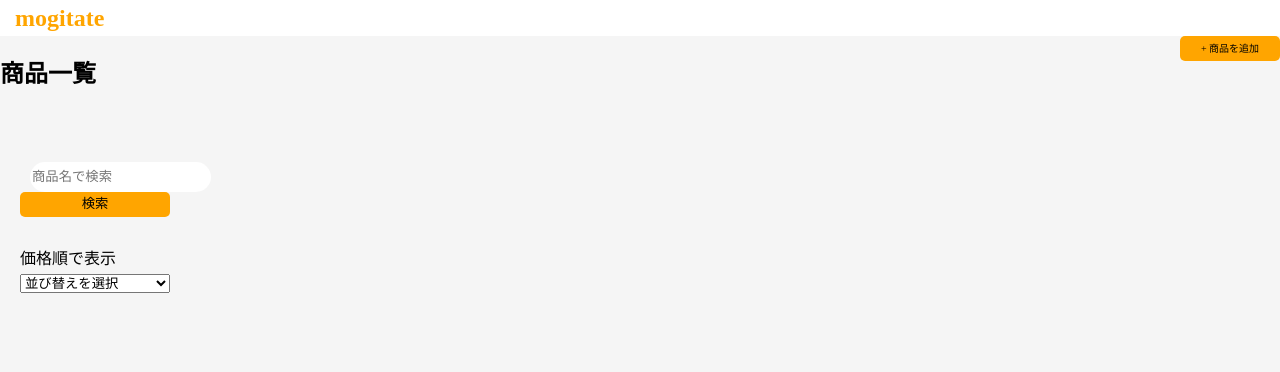
Repository: tokisiro/fruit-products
Page: http://localhost/products
These files come from the project's save history. The page is drawn as it stood at one moment and after the next save; the edit follows.
The browser window is 1280 px wide. The pictures show the whole page.
The page is served by the project's Laravel application, run on PHP 8.4 with Laravel 8. Other server files are loaded and not shown. Queries for data that is not in the repository find no rows.

Above is the page before, as saved 2025-05-18 14:25:56.

### src/routes/web.php
<?php

use Illuminate\Support\Facades\Route;
use App\Http\Controllers\ProductController;
/*
|--------------------------------------------------------------------------
| Web Routes
|--------------------------------------------------------------------------
|
| Here is where you can register web routes for your application. These
| routes are loaded by the RouteServiceProvider within a group which
| contains the "web" middleware group. Now create something great!
|
*/



//商品一覧ページ表示
Route::get('/products', [ProductController::class, 'products']);

Route::get('/products/search', [ProductController::class, 'search']);
Route::get('/products/sort', [ProductController::class, 'sort']);

//商品詳細ページ表示
Route::get('/products/{productId}', [ProductController::class, 'change'])->name('products.change');
//商品更新機能
Route::patch('/products/{productId}/update',[ProductController::class,'update']);
//商品削除機能
Route::delete('/products/{productId}/delete',[ProductController::class,'remove']);
//商品追加ページの表示
Route::get('/register', [ProductController::class, 'add']);
//商品追加機能
Route::post('/products/register', [ProductController::class, 'create']);

### src/app/Http/Controllers/ProductController.php
<?php

namespace App\Http\Controllers;

use Illuminate\Http\Request;
use App\Models\Product;
use App\Models\Product_Season;
use App\Models\Season;
use App\Http\Requests\ProductRequest;
use Illuminate\Support\Facades\Storage;

class ProductController extends Controller
{
    //商品一覧ページの表示
    public function products(){
        $products = Product::all();
        $pages = Product::Paginate(6);
        return view('product', compact('products', 'pages'));
    }

    //検索機能
    public function search(Request $request){
        $query = Product::query();
    if ($request->filled('name')) {
        $query->where('name', 'like', '%' . $request->input('name') . '%');
    }
    $search = $query->paginate(6);
    return view('product', compact('search'));
    }

    //並び替え機能
    public function Sort(Request $request){
        $query = Product::query();

    $sort = $request->input('sort');
    switch ($sort) {
        case 'price_asc':
            $query->orderBy('price', 'asc');
            break;
        case 'price_desc':
            $query->orderBy('price', 'desc');
            break;
        default:
            break;
        }
        $products = $query->paginate(6);
        return view('product', compact('products'));
    }

    //商品詳細画面表示
    public function change($productId){
        $change = Product::find($productId);
        $products = Product_Season::where('product_id', $productId)->pluck('season_id')->toArray();
        return view('index', compact('change','products'));
    }
    //更新機能
    public function update(ProductRequest $request,$productId)
    {
        $data = $request->all();
        unset($data['_token']);

        if ($request->hasFile('image')) {
            $path = $request->file('image')->store('public/products');
            $data['image'] = Storage::url($path); // 保存先パスをセット
        } else {
            unset($data['image']); // 画像がない場合は更新しない
        }

        Product::find($productId)->update($data);

        return redirect('/products');
    }
    //削除機能
    public function remove($productId)
    {
        Product::find($productId)->delete();
        return redirect('/products');
    }
    //商品追加ページ表示
    public function add(){
        return view('/register');
}
    //追加機能
    public function create(ProductRequest $request){
        $form = $request->all();

        if ($request->hasFile('image') && $request->file('image')->isValid()) {
            $path = $request->file('image')->store('public/products');
            $form['image'] = Storage::url($path);
        } else {
            $form['image'] = '';
        }
        product::create($form);
        return redirect('/products');
    }
}

### src/app/Models/product.php
<?php

namespace App\Models;

use Illuminate\Database\Eloquent\Factories\HasFactory;
use Illuminate\Database\Eloquent\Model;

class Product extends Model
{
    use HasFactory;

    protected $fillable = ['name','price','image','description'];

    public function seasons()
{
    return $this->belongsToMany(Season::class,'product_seasons','product_id','season_id');
}
}

### src/resources/views/product.blade.php
<!DOCTYPE html>
<html lang="ja">
<head>
    <meta charset="UTF-8">
    <meta http-equiv="X-UA-Compatible" content="IE=edge">
    <meta name="viewport" content="width=device-width, initial-scale=1.0">
    <title>mogitate</title>
    <link rel="stylesheet" href="css/sanitize.css">
    <link rel="stylesheet" href="css/product.css">
</head>
<body>
    <!--商品一覧-->
    <header class="header">
        <div class="header__inner">
            <a class="header__logo" href="">
                mogitate
            </a>
        </div>
    </header>
    <div class="header-bottom">
        <h2 class="header-bottom__title">
            商品一覧
        </h2>
        <div class="header-bottom__add">
            <a class="header-bottom__add-button" href="/register">
                + 商品を追加
            </a>
        </div>
    </div>
    <main>
        <div class="product">
            <div class="product-sidebar">
                <div class="product-sidebar__search">
                    <form class="product-sidebar__search-form" action="/products/search" method="GET">
                    @csrf
                        <div class="product-sidebar__search-form--text">
                            <input class="product-sidebar__search-form--text-item" type="text" name="name" placeholder="商品名で検索" value="{{ request('name') }}">
                        </div>
                        <div class="product-sidebar__search-form--button">
                            <button class="product-sidebar__search-form--button-item">
                                検索
                            </button>
                        </div>
                    </form>
                    <form class="product-sidebar__search-form" action="/products/sort" method="GET">
                    @csrf
                        <span class="product-sidebar__search-form--title">
                                価格順で表示
                        </span>
                        <div class="product-sidebar__search-form--order">
                            <select class="product-sidebar__search-form--order-item" name="sort">
                                <option value="">並び替えを選択</option>
                                <option value="price_asc" {{ request('sort')=='price_asc' ? 'selected' : '' }}>
                                        価格の安い順
                                </option>
                                <option value="price_desc" {{ request('sort')=='price_desc' ? 'selected' : '' }}>
                                    価格の高い順
                                </option>
                            </select>
                        </div>
                    </form>
                </div>
            </div>
                <!-- 右側：商品カードリスト -->
            <div class="product-card">
            @foreach ($products as $product)
                <div class="product-card__form">
                    <form class="product-card__form" action="/products/{{$product->id}}" method="get">
                    @csrf
                        <div class="product-card__form-img">
                            <button type="submit" style="border: none; padding: 0; background: none; cursor: pointer;">
                                <img src="{{$product->image}}" alt="" style="max-width: 200px; height: auto;">
                                <div class="product-card__form-content">
                                    <div class="product-card__form-content--name">{{$product->name}}
                                    </div>
                                    <div class="product-card__form-content--price">
                                        {{$product->price}}
                                    </div>
                                </div>
                            </button>
                        </div>
                    </form>
                </div>
            @endforeach
            </div>
        </div>
        <div class="product-pages">
            {{ $pages->links() }}
        </div>
    </main>
</body>
</html>

### src/public/css/sanitize.css
/* Document
* ========================================================================== */

/**
* Add border box sizing in all browsers (opinionated).
*/

*,
::before,
::after {
    box-sizing: border-box;
}

/**
* 1. Add text decoration inheritance in all browsers (opinionated).
* 2. Add vertical alignment inheritance in all browsers (opinionated).
*/

::before,
::after {
    vertical-align: inherit;
    /* 2 */
    text-decoration: inherit;
    /* 1 */
}

/**
* 1. Use the default cursor in all browsers (opinionated).
* 2. Change the line height in all browsers (opinionated).
* 3. Use a 4-space tab width in all browsers (opinionated).
* 4. Remove the grey highlight on links in iOS (opinionated).
* 5. Prevent adjustments of font size after orientation changes in
*    IE on Windows Phone and in iOS.
* 6. Breaks words to prevent overflow in all browsers (opinionated).
*/

html {
    word-break: break-word;
    /* 6 */
    -moz-tab-size: 4;
    /* 3 */
    tab-size: 4;
    /* 3 */
    line-height: 1.5;
    /* 2 */
    cursor: default;
    /* 1 */

    -webkit-tap-highlight-color: transparent
        /* 4 */
    ;
    -ms-text-size-adjust: 100%;
    /* 5 */
    -webkit-text-size-adjust: 100%;
    /* 5 */
}

/* Sections
* ========================================================================== */

/**
* Remove the margin in all browsers (opinionated).
*/

body {
    margin: 0;
}

/**
* Correct the font size and margin on `h1` elements within `section` and
* `article` contexts in Chrome, Edge, Firefox, and Safari.
*/

h1 {
    margin: 0.67em 0;
    font-size: 2em;
}

/* Grouping content
* ========================================================================== */

/**
* Remove the margin on nested lists in Chrome, Edge, IE, and Safari.
*/

dl dl,
dl ol,
dl ul,
ol dl,
ul dl {
    margin: 0;
}

/**
* Remove the margin on nested lists in Edge 18- and IE.
*/

ol ol,
ol ul,
ul ol,
ul ul {
    margin: 0;
}

/**
* 1. Add the correct sizing in Firefox.
* 2. Show the overflow in Edge 18- and IE.
*/

hr {
    overflow: visible;
    /* 2 */
    height: 0;
    /* 1 */
}

/**
* Add the correct display in IE.
*/

main {
    display: block;
}

/**
* Remove the list style on navigation lists in all browsers (opinionated).
*/

nav ol,
nav ul {
    padding: 0;
    list-style: none;
}

/**
* 1. Correct the inheritance and scaling of font size in all browsers.
* 2. Correct the odd `em` font sizing in all browsers.
*/

pre {
    font-size: 1em;
    /* 2 */
    font-family: monospace, monospace;
    /* 1 */
}

/* Text-level semantics
* ========================================================================== */

/**
* Remove the gray background on active links in IE 10.
*/

a {
    background-color: transparent;
}

/**
* Add the correct text decoration in Edge 18-, IE, and Safari.
*/

abbr[title] {
    text-decoration: underline;
    text-decoration: underline dotted;
}

/**
* Add the correct font weight in Chrome, Edge, and Safari.
*/

b,
strong {
    font-weight: bolder;
}

/**
* 1. Correct the inheritance and scaling of font size in all browsers.
* 2. Correct the odd `em` font sizing in all browsers.
*/

code,
kbd,
samp {
    font-size: 1em;
    /* 2 */
    font-family: monospace, monospace;
    /* 1 */
}

/**
* Add the correct font size in all browsers.
*/

small {
    font-size: 80%;
}

/* Embedded content
* ========================================================================== */

/*
* Change the alignment on media elements in all browsers (opinionated).
*/

audio,
canvas,
iframe,
img,
svg,
video {
    vertical-align: middle;
}

/**
* Add the correct display in IE 9-.
*/

audio,
video {
    display: inline-block;
}

/**
* Add the correct display in iOS 4-7.
*/

audio:not([controls]) {
    display: none;
    height: 0;
}

/**
* Remove the border on iframes in all browsers (opinionated).
*/

iframe {
    border-style: none;
}

/**
* Remove the border on images within links in IE 10-.
*/

img {
    border-style: none;
}

/**
* Change the fill color to match the text color in all browsers (opinionated).
*/

svg:not([fill]) {
    fill: currentColor;
}

/**
* Hide the overflow in IE.
*/

svg:not(:root) {
    overflow: hidden;
}

/* Tabular data
* ========================================================================== */

/**
* Collapse border spacing in all browsers (opinionated).
*/

table {
    border-collapse: collapse;
}

/* Forms
* ========================================================================== */

/**
* Remove the margin on controls in Safari.
*/

button,
input,
select {
    margin: 0;
}

/**
* 1. Show the overflow in IE.
* 2. Remove the inheritance of text transform in Edge 18-, Firefox, and IE.
*/

button {
    overflow: visible;
    /* 1 */
    text-transform: none;
    /* 2 */
}

/**
* Correct the inability to style buttons in iOS and Safari.
*/

button,
[type="button"],
[type="reset"],
[type="submit"] {
    -webkit-appearance: button;
}

/**
* 1. Change the inconsistent appearance in all browsers (opinionated).
* 2. Correct the padding in Firefox.
*/

fieldset {
    padding: 0.35em 0.75em 0.625em;
    /* 2 */
    border: 1px solid #a0a0a0;
    /* 1 */
}

/**
* Show the overflow in Edge 18- and IE.
*/

input {
    overflow: visible;
}

/**
* 1. Correct the text wrapping in Edge 18- and IE.
* 2. Correct the color inheritance from `fieldset` elements in IE.
*/

legend {
    display: table;
    /* 1 */
    max-width: 100%;
    /* 1 */
    color: inherit;
    /* 2 */
    white-space: normal;
    /* 1 */
}

/**
* 1. Add the correct display in Edge 18- and IE.
* 2. Add the correct vertical alignment in Chrome, Edge, and Firefox.
*/

progress {
    display: inline-block;
    /* 1 */
    vertical-align: baseline;
    /* 2 */
}

/**
* Remove the inheritance of text transform in Firefox.
*/

select {
    text-transform: none;
}

/**
* 1. Remove the margin in Firefox and Safari.
* 2. Remove the default vertical scrollbar in IE.
* 3. Change the resize direction in all browsers (opinionated).
*/

textarea {
    overflow: auto;
    /* 2 */
    margin: 0;
    /* 1 */
    resize: vertical;
    /* 3 */
}

/**
* Remove the padding in IE 10-.
*/

[type="checkbox"],
[type="radio"] {
    padding: 0;
}

/**
* 1. Correct the odd appearance in Chrome, Edge, and Safari.
* 2. Correct the outline style in Safari.
*/

[type="search"] {
    outline-offset: -2px;
    /* 2 */

    -webkit-appearance: textfield;
    /* 1 */
}

/**
* Correct the cursor style of increment and decrement buttons in Safari.
*/

::-webkit-inner-spin-button,
::-webkit-outer-spin-button {
    height: auto;
}

/**
* Correct the text style of placeholders in Chrome, Edge, and Safari.
*/

::-webkit-input-placeholder {
    color: inherit;
    opacity: 0.54;
}

/**
* Remove the inner padding in Chrome, Edge, and Safari on macOS.
*/

::-webkit-search-decoration {
    -webkit-appearance: none;
}

/**
* 1. Correct the inability to style upload buttons in iOS and Safari.
* 2. Change font properties to `inherit` in Safari.
*/

::-webkit-file-upload-button {
    font: inherit;
    /* 2 */

    -webkit-appearance: button;
    /* 1 */
}

/**
* Remove the inner border and padding of focus outlines in Firefox.
*/

::-moz-focus-inner {
    padding: 0;
    border-style: none;
}

/**
* Restore the focus outline styles unset by the previous rule in Firefox.
*/

:-moz-focusring {
    outline: 1px dotted ButtonText;
}

/**
* Remove the additional :invalid styles in Firefox.
*/

:-moz-ui-invalid {
    box-shadow: none;
}

/* Interactive
* ========================================================================== */

/*
* Add the correct display in Edge 18- and IE.
*/

details {
    display: block;
}

/*
* Add the correct styles in Edge 18-, IE, and Safari.
*/

dialog {
    position: absolute;
    right: 0;
    left: 0;
    display: block;
    margin: auto;
    padding: 1em;
    width: -moz-fit-content;
    width: -webkit-fit-content;
    width: fit-content;
    height: -moz-fit-content;
    height: -webkit-fit-content;
    height: fit-content;
    border: solid;
    background-color: white;
    color: black;
}

dialog:not([open]) {
    display: none;
}

/*
* Add the correct display in all browsers.
*/

summary {
    display: list-item;
}

/* Scripting
* ========================================================================== */

/**
* Add the correct display in IE 9-.
*/

canvas {
    display: inline-block;
}

/**
* Add the correct display in IE.
*/

template {
    display: none;
}

/* User interaction
* ========================================================================== */

/*
* 1. Remove the tapping delay in IE 10.
* 2. Remove the tapping delay on clickable elements
in all browsers (opinionated).
*/

a,
area,
button,
input,
label,
select,
summary,
textarea,
[tabindex] {
    -ms-touch-action: manipulation;
    /* 1 */
    touch-action: manipulation;
    /* 2 */
}

/**
* Add the correct display in IE 10-.
*/

[hidden] {
    display: none;
}

/* Accessibility
* ========================================================================== */

/**
* Change the cursor on busy elements in all browsers (opinionated).
*/

[aria-busy="true"] {
    cursor: progress;
}

/*
* Change the cursor on control elements in all browsers (opinionated).
*/

[aria-controls] {
    cursor: pointer;
}

/*
* Change the cursor on disabled, not-editable, or otherwise
* inoperable elements in all browsers (opinionated).
*/

[aria-disabled="true"],
[disabled] {
    cursor: not-allowed;
}

/*
* Change the display on visually hidden accessible elements
* in all browsers (opinionated).
*/

[aria-hidden="false"][hidden] {
    display: initial;
}

[aria-hidden="false"][hidden]:not(:focus) {
    position: absolute;
    clip: rect(0, 0, 0, 0);
}

### src/public/css/product.css
.header {
    background: white;
}

.header__inner {
    margin: 0 auto;
    padding: 0px 15px;
    width: 100%;
}

.header__logo {
    color: orange;
    text-decoration: none;
    font-weight: bold;
    font-size: 24px;
    font-family: cursive;
}

.header-bottom{
    display: flex;
    justify-content: space-between;
}

.header-bottom__add{
    background-color: orange;
        height: 25px;
        width: 100px;
        display: flex;
        justify-content: center;
        border-radius: 5px;
}

.header-bottom__add-button{
    color: black;
        text-decoration: none;
        font-size: 10px;
        padding: 5px;
}

body{
    background-color: whitesmoke;
}

.product {
    display: flex;
    gap: 30px;
    padding: 20px;
}


.product-sidebar {
    min-width: 250px;
    flex-shrink: 0;
}

.product-sidebar__search-form{
    margin-top: 30px;
}

.product-sidebar__search-form--text-item{
    border-radius: 15px;
        height: 30px;
        position: relative;
        left: 10px;
        border: none;
        background-color: white;
        margin: ;
}

.product-sidebar__search-form--button-item{
    background-color: orange;
        height: 25px;
        width: 150px;
        display: flex;
        justify-content: center;
        border-radius: 5px;
        border: none;
}



.product-sidebar__search-form--order-item{
    width: 150px;
}

.product-card {
    display: flex;
    flex-wrap: wrap;
    gap: 20px;
}


.product-card__form {
    width: 200px;
    box-shadow: 0 3px 10px rgba(0, 0, 0, 0.2);
    display: flex;
    flex-direction: column;
    align-items: center;
    background: #fff;
    border-radius: 8px;
    overflow: hidden;
}


.product-card__form-img img {
    width: 100%;
    height: auto; }

svg.w-5.h-5 {
        width: 30px;
        height: 30px;
    }
.product-pages {
    margin-top: 20px;
    text-align: center;
    }

Loaded but not shown: src/app/Http/Controllers/Controller.php (common file)

After the next save:
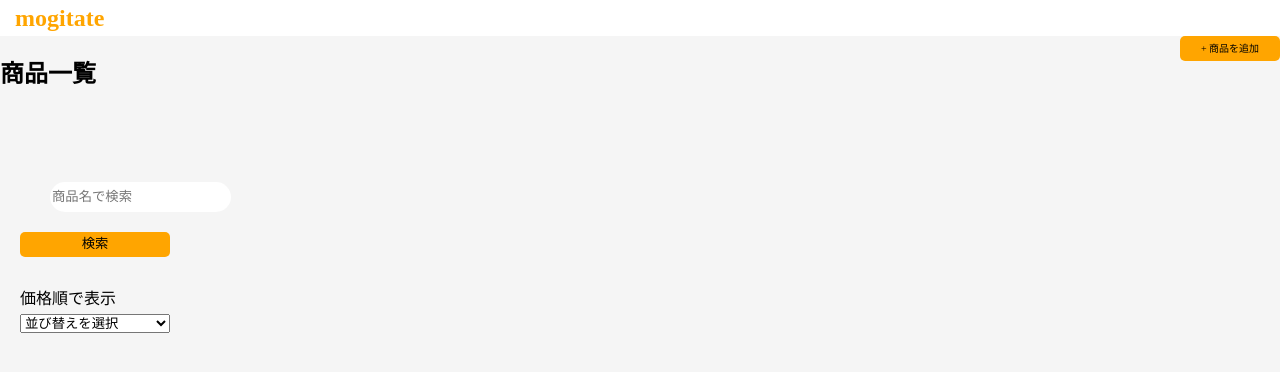
Saved 6 s later.
--- a/src/public/css/product.css
+++ b/src/public/css/product.css
@@ -64,7 +64,7 @@ body{
         left: 10px;
         border: none;
         background-color: white;
-        margin: ;
+        margin: 20px;
 }
 
 .product-sidebar__search-form--button-item{
